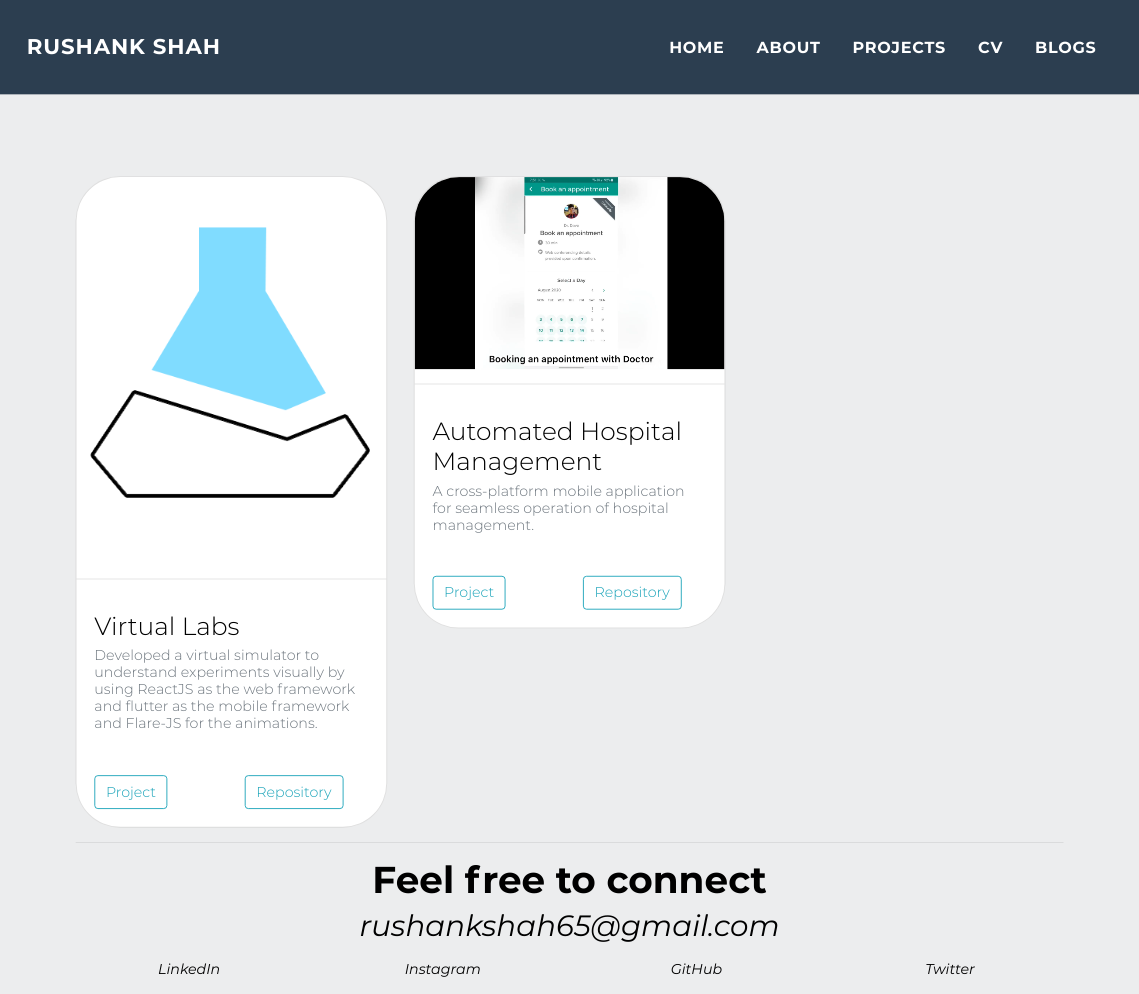
Repository: rushankshah/rushank-shah
Page: /projects
The author's editor kept a copy of each file at every save. The page is drawn from the files as they stood at one save, then again after the next save.
The browser window is 1280 px wide. The pictures show the whole page, at 89% of full size.
The project was rebuilt for these pictures with package versions that can differ from the ones it lists, and the page was loaded fresh each time. The framework's server and built-in components were replaced by stand-ins that run in the browser. Also part of the build but not shown: next.config.js.

Above is the page before, as saved 2020-12-02 20:41:05.

After the next save:
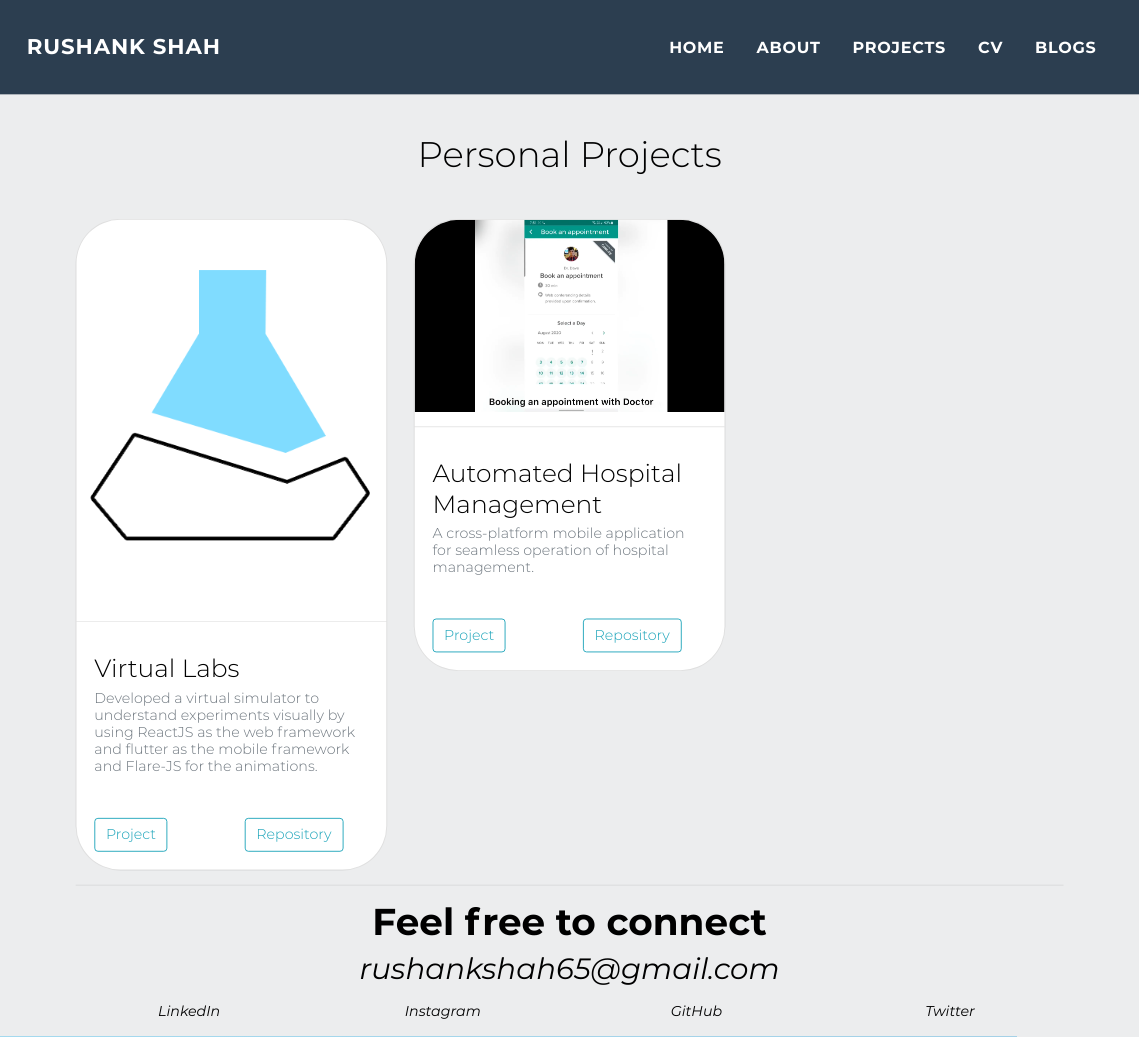
Saved 8 s later.
--- a/pages/projects.js
+++ b/pages/projects.js
@@ -7,7 +7,7 @@
     return (
         <BaseLayout>
             <BasePage className='projects-page'>
-                <h1 style={{textAlign: 'center', color: 'black'}}></h1>
+                <h1 style={{textAlign: 'center', color: 'black'}}>Personal Projects</h1>
                 <Row className='mt-5'>
                     <Col md='4'>
                         <Card className='intro custom-card'>
